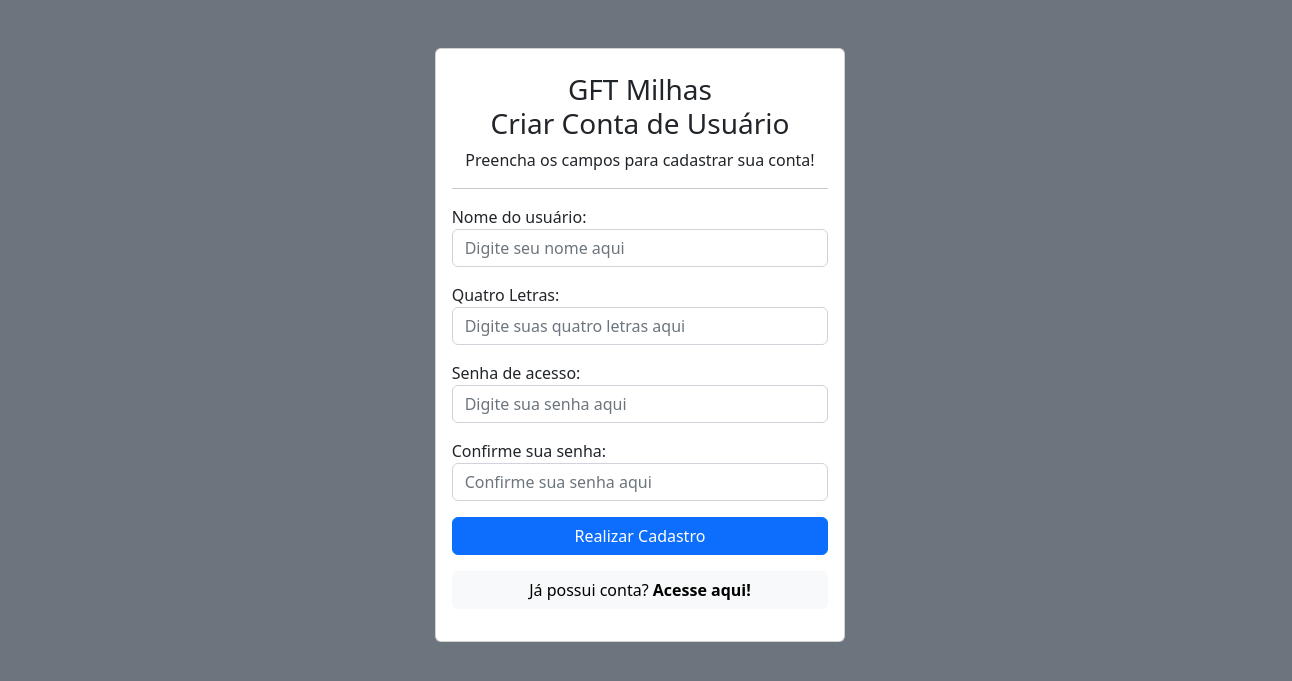
Repository: thamaraamaral/desafio_mvc1
Page: http://localhost/projeto-milhas/WEB-INF/views/register.jsp
These files come from the project's save history. The page is drawn as it stood at one moment and after the next save; the edit follows.
The browser window is 1280 px wide. The page is 1292 px wide, so the pictures cover 1292 px, including what lies to the right of the window. The pictures show the whole page.
The page is served by Tomcat 9. Nobody is signed in. Other server files are loaded and not shown. The template is opened directly, without the code that normally fills it, so the values that code supplies are empty.

Above is the page before, as saved 2022-10-27 14:15:19.

### projeto-milhas/src/main/webapp/WEB-INF/views/register.jsp
<%@ page language="java" contentType="text/html; charset=UTF-8"
	pageEncoding="UTF-8"%>
<!DOCTYPE html>
<html>
<head>
<meta charset="UTF-8">
<title>GFT Milhas</title>

<!-- CSS only -->
<link
	href="https://cdn.jsdelivr.net/npm/bootstrap@5.2.2/dist/css/bootstrap.min.css"
	rel="stylesheet">
</head>
<body class="bg-secondary">

	<div class="row">
		<div class="col-md-4 offset-md-4">
			<div class="card mt-5">
				<div class="card-body">

					<div class="text-center">

						<h3 class="mt-2">GFT Milhas <br>Criar Conta de Usuário</h5>
						<p>Preencha os campos para cadastrar sua conta!</p>
						<hr />
					</div>

					<form action="">

						<div class="mb-3">
							<label>Nome do usuário:</label> <input type="text"
								class="form-control" placeholder="Digite seu nome aqui">
						</div>

						<div class="mb-3">
							<label>Quatro Letras:</label> <input type="text"
								class="form-control" placeholder="Digite suas quatro letras aqui">
						</div>

						<div class="mb-3">
							<label>Senha de acesso:</label> <input type="password"
								class="form-control" placeholder="Digite sua senha aqui">
						</div>

												<div class="mb-3">
							<label>Confirme sua senha:</label> <input type="password"
								class="form-control" placeholder="Confirme sua senha aqui">
						</div>

						<div class="mb-3">
							<div class="d-grid">
								<input type="submit" value="Realizar Cadastro"
									class="btn btn-primary" />
							</div>
						</div>

						<div class="mb-3">
							<div class="d-grid">
								<a href="/projeto-milhas/" class="btn btn-light">
									Já possui conta? <strong>Acesse aqui!</strong></a>
							</div>
						</div>
					</form>
				</div>
			</div>
		</div>
	</div>
	<!-- JavaScript Bundle with Popper -->
	<script
		src="https://cdn.jsdelivr.net/npm/bootstrap@5.2.2/dist/js/bootstrap.bundle.min.js"></script>
</body>
</html>

After the next save:
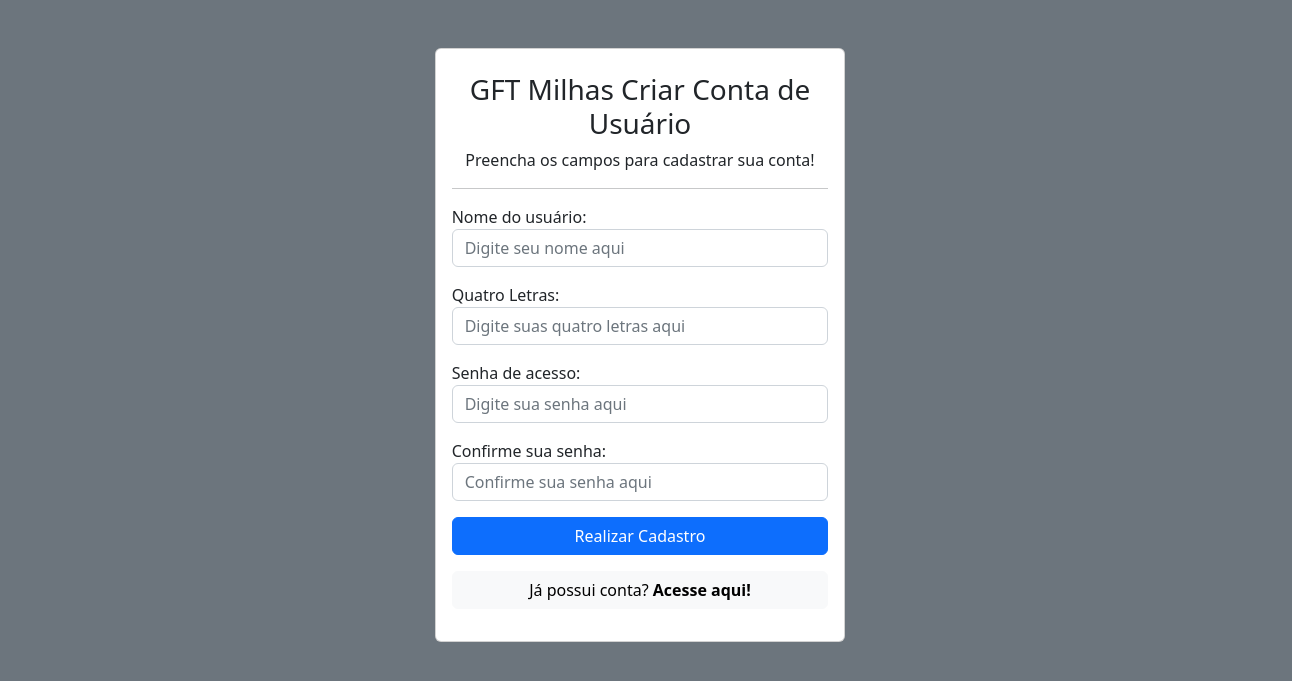
Saved 21 s later.
--- a/projeto-milhas/src/main/webapp/WEB-INF/views/register.jsp
+++ b/projeto-milhas/src/main/webapp/WEB-INF/views/register.jsp
@@ -20,7 +20,7 @@
 
 					<div class="text-center">
 
-						<h3 class="mt-2">GFT Milhas <br>Criar Conta de Usuário</h5>
+						<h3 class="mt-2">GFT Milhas Criar Conta de Usuário</h3>
 						<p>Preencha os campos para cadastrar sua conta!</p>
 						<hr />
 					</div>
